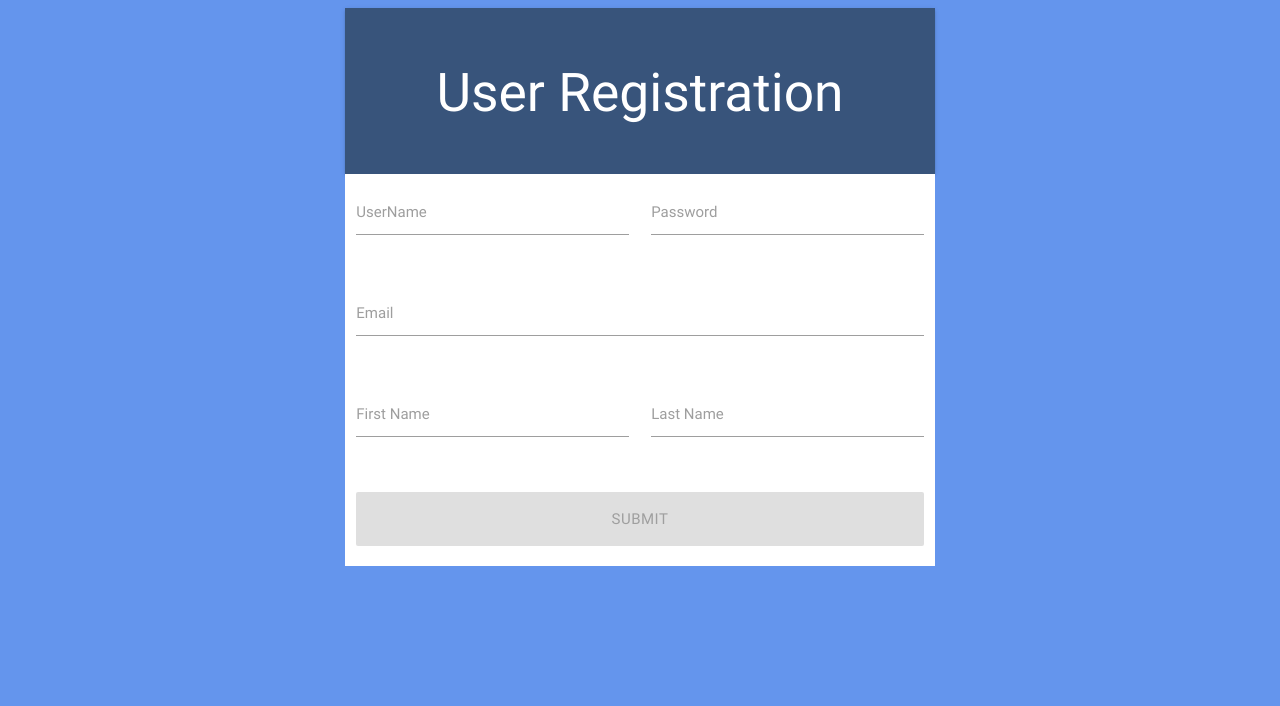
Repository: Nirmit04/Session-Management
Page: / (app in webapp/)
The author's editor kept a copy of each file at every save. The page is drawn from the files as they stood at one save, then again after the next save.
The browser window is 1280 px wide. The pictures show the whole page.
Some web libraries are served in a nearby version. The project was rebuilt for these pictures with package versions that can differ from the ones it lists, and the page was loaded fresh each time. Also part of the build but not shown: webapp/angular.json.

Above is the page before, as saved 2019-02-14 15:47:29.

After the next save:
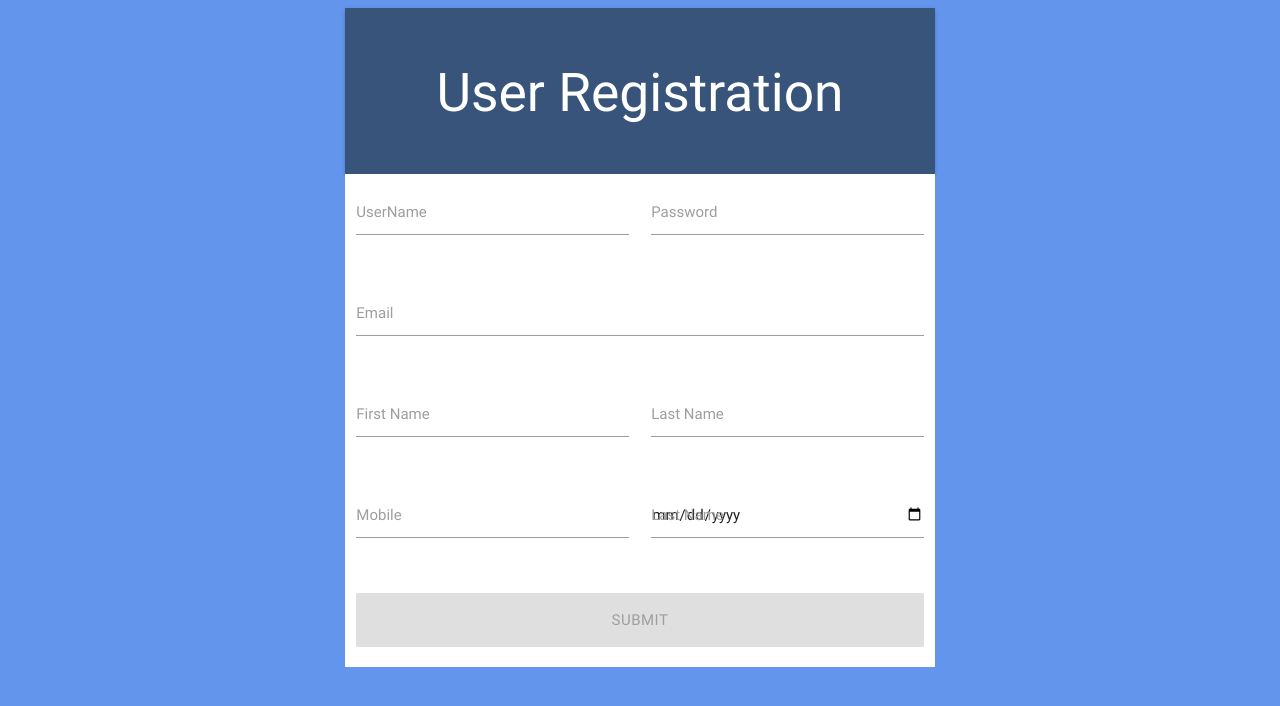
Saved 2 min 29 s later.
--- a/webapp/src/app/sign-up/sign-up/sign-up.component.html
+++ b/webapp/src/app/sign-up/sign-up/sign-up.component.html
@@ -1,42 +1,56 @@
 <div class="row">
-    <div class="col s8 offset-s2">
-      <div class="card">
-        <div class="sm-jumbotron center-align">
-          <h2>User Registration</h2>
+  <div class="col s8 offset-s2">
+    <div class="card">
+      <div class="sm-jumbotron center-align">
+        <h2>User Registration</h2>
+      </div>
+      <form class="col s12 white" #userRegistrationForm="ngForm" (ngSubmit)="OnSubmit(userRegistrationForm)">
+        <div class="row">
+          <div class="input-field col s6">
+            <input class="validate" type="text" name="UserName" #UserName="ngModel" [(ngModel)]="user.UserName"
+              required>
+            <label data-error="Required field!">UserName</label>
+          </div>
+          <div class="input-field col s6">
+            <input class="validate" type="password" name="Password" #Password="ngModel" [(ngModel)]="user.Password"
+              required minlength="3">
+            <label
+              [attr.data-error]="Password.errors!=null?(Password.errors.required?'Required field!':'Minimum 3 characters needed'):''">Password</label>
+          </div>
         </div>
-        <form class="col s12 white" #userRegistrationForm="ngForm" (ngSubmit)="OnSubmit(userRegistrationForm)">
-          <div class="row">
-            <div class="input-field col s6">
-              <input class="validate" type="text" name="UserName" #UserName="ngModel" [(ngModel)]="user.UserName" required>
-              <label data-error="Required field!">UserName</label>
-            </div>
-            <div class="input-field col s6">
-              <input class="validate" type="password" name="Password" #Password="ngModel" [(ngModel)]="user.Password" required  minlength="3">
-              <label [attr.data-error]="Password.errors!=null?(Password.errors.required?'Required field!':'Minimum 3 characters needed'):''">Password</label>
-            </div>
+        <div class="row">
+          <div class="input-field col s12">
+            <input class="validate" type="text" name="Email" #Email="ngModel" [(ngModel)]="user.Email"
+              [pattern]="emailPattern">
+            <label data-error="Invalid email!">Email</label>
           </div>
-          <div class="row">
-            <div class="input-field col s12">
-              <input class="validate" type="text" name="Email" #Email="ngModel" [(ngModel)]="user.Email" [pattern]="emailPattern" >
-              <label data-error="Invalid email!">Email</label>
-            </div>
+        </div>
+        <div class="row">
+          <div class="input-field col s6">
+            <input type="text" name="FirstName" #FirstName="ngModel" [(ngModel)]="user.FirstName">
+            <label>First Name</label>
           </div>
-          <div class="row">
-            <div class="input-field col s6">
-              <input type="text" name="FirstName" #FirstName="ngModel" [(ngModel)]="user.FirstName">
-              <label>First Name</label>
-            </div>
-            <div class="input-field col s6">
-              <input type="text" name="LastName" #LastName="ngModel" [(ngModel)]="user.LastName">
-              <label>Last Name</label>
-            </div>
+          <div class="input-field col s6">
+            <input type="text" name="LastName" #LastName="ngModel" [(ngModel)]="user.LastName">
+            <label>Last Name</label>
           </div>
-          <div class="row">
-              <div class="input-field col s12">
-                <button [disabled]="!userRegistrationForm.valid" class="btn-large btn-submit" type="submit">Submit</button>
-              </div>
-            </div>
-        </form>
-      </div>
+        </div>
+        <div class="row">
+          <div class="input-field col s6">
+            <input type="text" name="Mobile" #Mobile="ngModel" [(ngModel)]="user.Mobile">
+            <label>Mobile</label>
+          </div>
+          <div class="input-field col s6">
+            <input type="date" name="Dob" #Dob="ngModel" [(ngModel)]="user.Dob">
+            <label>Last Name</label>
+          </div>
+        </div>
+        <div class="row">
+          <div class="input-field col s12">
+            <button [disabled]="!userRegistrationForm.valid" class="btn-large btn-submit" type="submit">Submit</button>
+          </div>
+        </div>
+      </form>
     </div>
   </div>
+</div>
